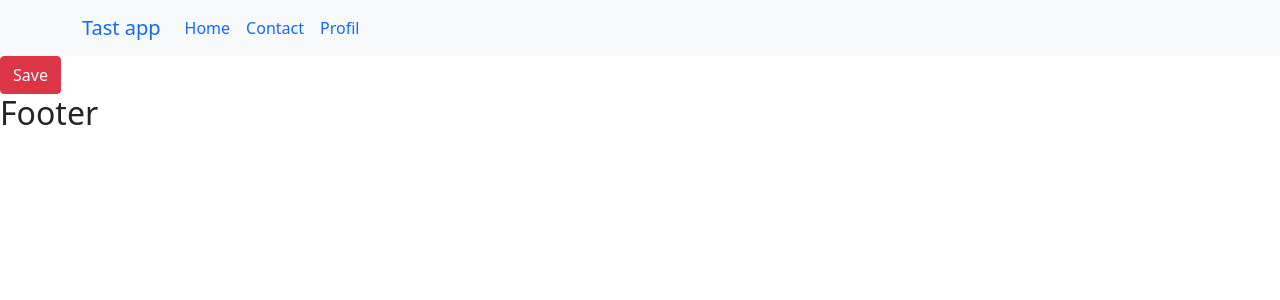
Repository: FS-23/php-getstarted
Page: http://localhost/index.php
An editor plug-in stored every save of this project. The page is shown before and after the next save, followed by the edit.
The browser window is 1280 px wide. The pictures show the whole page.
The page is run by PHP 8.4 with error messages shown; the project is at /var/www/html/.

Above is the page before, as saved 2022-05-27 15:29:26.

After the next save:
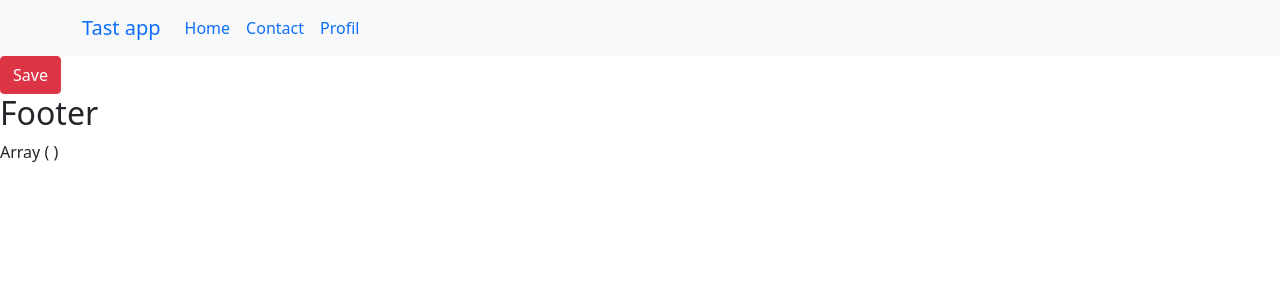
Saved 16 min 45 s later.
--- a/demoAPP/index.php
+++ b/demoAPP/index.php
@@ -4,3 +4,8 @@
 <?php require_once './layouts/header.php' ?>
 <button class="btn btn-danger">Save</button>
 <?php require_once './layouts/footer.php' ?>
+
+
+<?php
+   print_r($_COOKIE)
+?>
